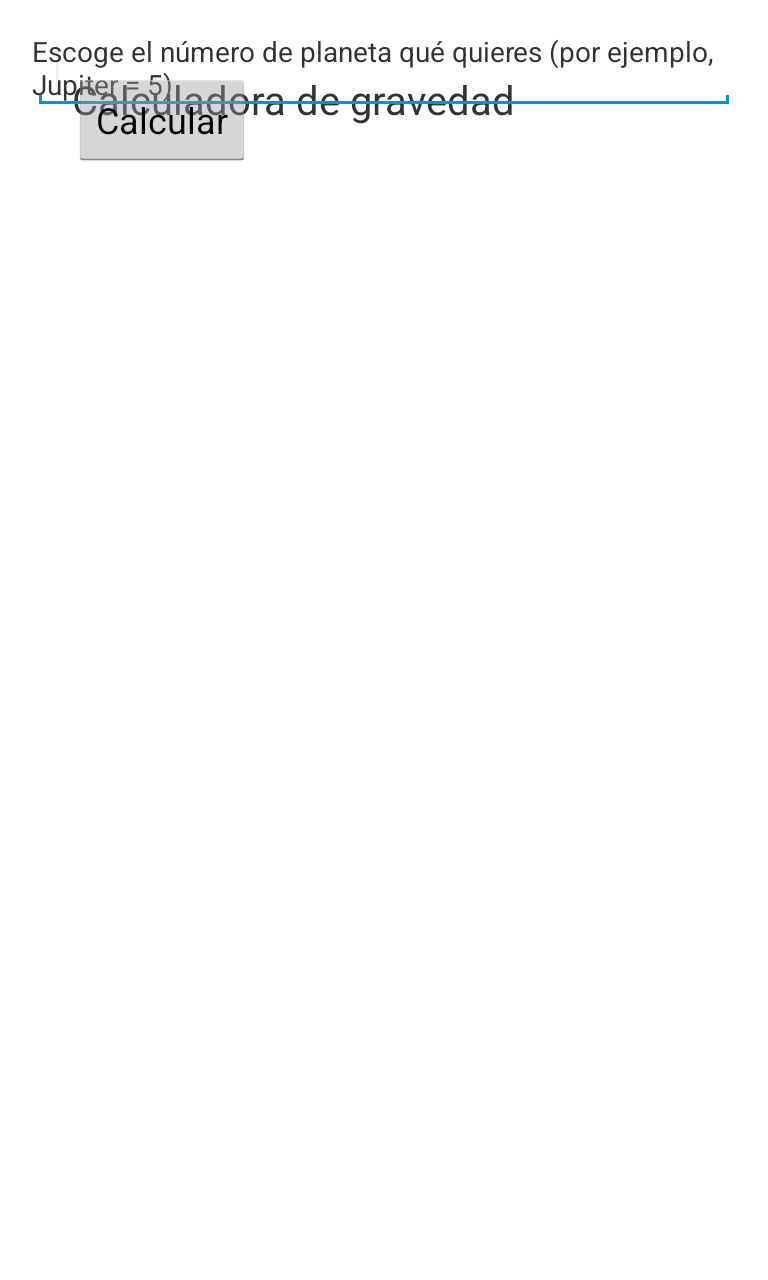
Repository: Jumax9/myPersonalNewton
Layout: MyPersonalNewton/res/layout/activity_main.xml
An editor plug-in stored every save of this project. The layout is shown before and after a run of saves, followed by the edit.
It is drawn on a 768 x 1280 px phone screen (xhdpi) without system bars, with theme AppTheme; the app's code is not run.

Above is the layout before, as saved 2014-03-15 00:28:51.

After the next 3 saves:
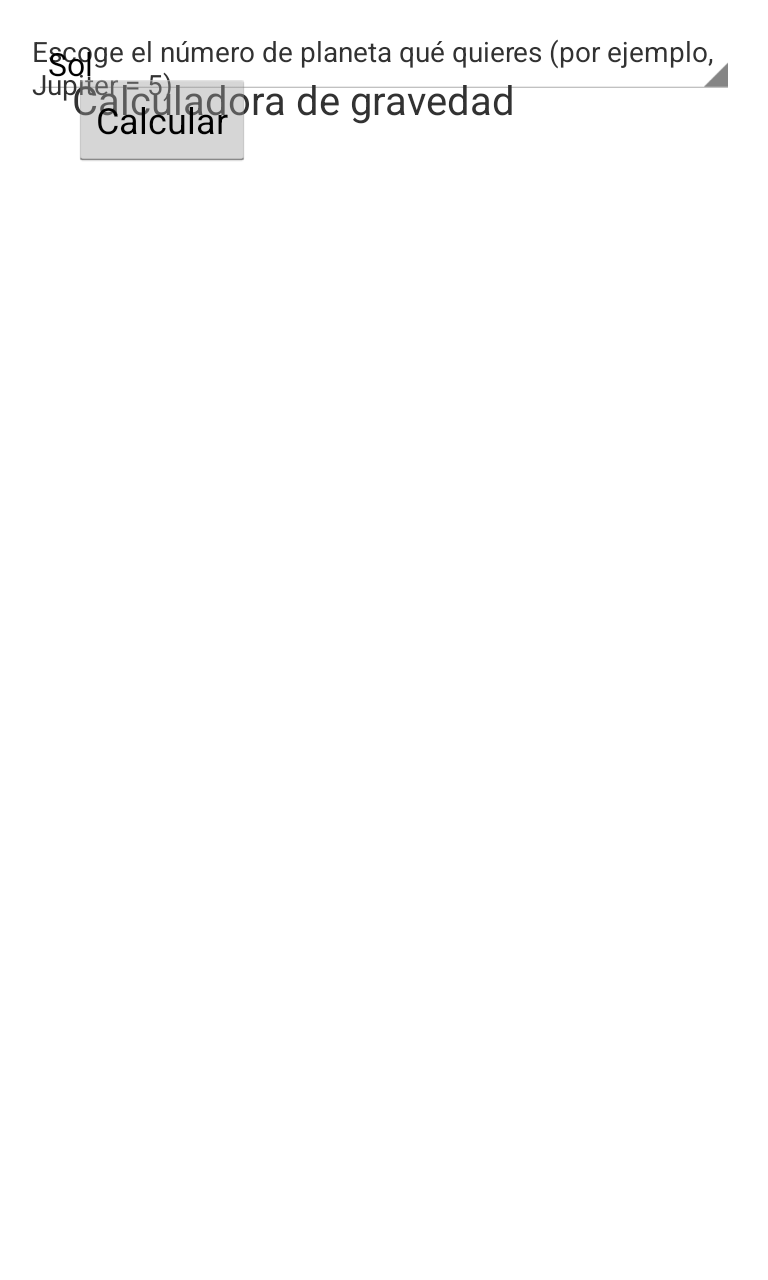
The 3 saves are shown as one change because 2 did not build or start.
The last was saved 96 s later.
--- a/MyPersonalNewton/res/layout/activity_main.xml
+++ b/MyPersonalNewton/res/layout/activity_main.xml
@@ -38,15 +38,22 @@
         android:layout_height="wrap_content"
         android:text="@string/planeta" />
 
-    <EditText
-        android:id="@+id/planetaNum"
-        android:layout_width="fill_parent"
+    <Spinner
+        android:id="@+id/spinner1"
+        android:layout_width="match_parent"
         android:layout_height="wrap_content"
-        android:inputType="number"
-        android:maxLength="6" >
+        android:entries="@array/planet_array"
+        android:prompt="@string/planet_prompt" />
 
-        <requestFocus />
-    </EditText>
+<!--     <EditText -->
+<!--         android:id="@+id/planetaNum" -->
+<!--         android:layout_width="fill_parent" -->
+<!--         android:layout_height="wrap_content" -->
+<!--         android:inputType="number" -->
+<!--         android:maxLength="6" > -->
+
+<!--         <requestFocus /> -->
+<!--     </EditText> -->
 
     <Button
         android:id="@+id/calcular"
--- a/MyPersonalNewton/res/values/strings.xml
+++ b/MyPersonalNewton/res/values/strings.xml
@@ -13,7 +13,7 @@
     <string name="app_name">MyAndroidApp</string>
     <string name="planet_prompt">Elige un astro</string>
 
-    <string-array name="country_array">
+    <string-array name="planet_array">
         <item>Sol</item>
         <item>Mercurio</item>
         <item>Venus</item>
